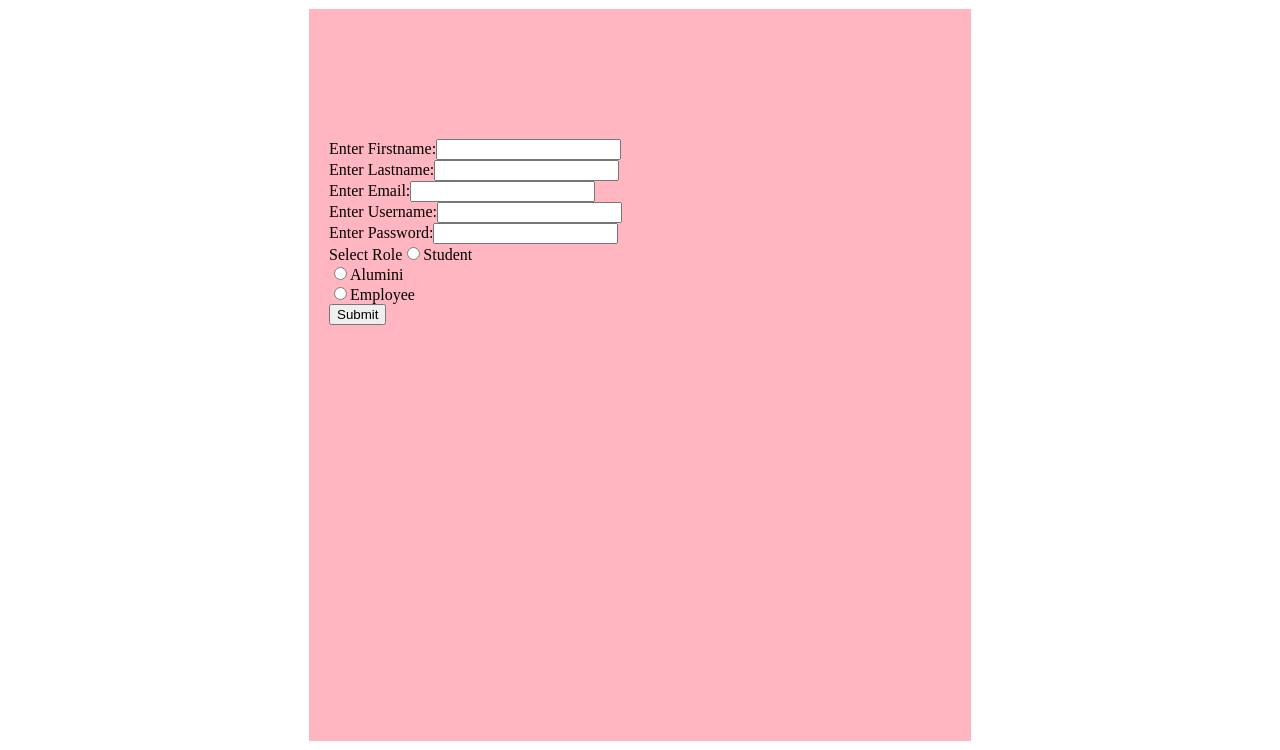
Repository: NeeleshPoojari/Project-2
Page: frontend_project2/WebContent/views/registrationform.html
These files come from the project's save history. The page is drawn as it stood at one moment and after the next save; the edit follows.
The browser window is 1280 px wide. The pictures show the whole page.

Above is the page before, as saved 2017-07-16 16:11:13.

### frontend_project2/WebContent/views/registrationform.html
<style>
.middle {
    border: 1px solid white;
    background-color: lightpink;
    padding-top: 50px;
    padding-right: 50px;
    padding-bottom: 400px;
    padding-left: 20px;
    margin-left:300px;
    margin-right:300px;

}
</style>

<div class="middle">
<form style="margin-top: 80px;">
Enter Firstname:<input type="text" ng-model="user.firstname"><br>
Enter Lastname:<input type="text" ng-model="user.lastname"><br>
Enter Email:<input type="text" ng-model="user.email"><br>
Enter Username:<input type="text" ng-model="user.username"><br>
Enter Password:<input type="password" ng-model="user.password"><br>

Select Role<input type="radio" ng-model="user.role" value="Student">Student<br>
<input type="radio" ng-model="user.role" value="Alumini">Alumini<br>
<input type="radio" ng-model="user.role" value="Employee">Employee<br>

<input type="submit" ng-click="register()"><br>

</form>
</div>

After the next save:
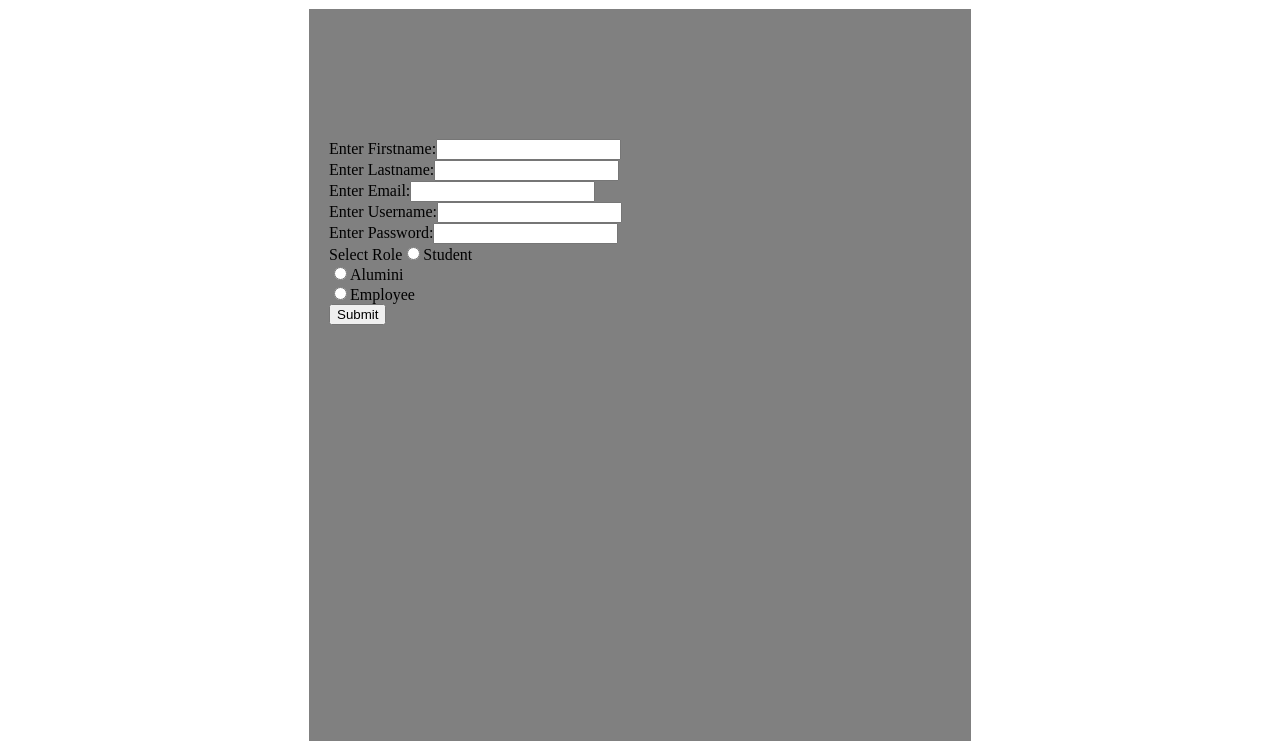
Saved 104 s later.
--- a/frontend_project2/WebContent/views/registrationform.html
+++ b/frontend_project2/WebContent/views/registrationform.html
@@ -1,7 +1,7 @@
 <style>
 .middle {
     border: 1px solid white;
-    background-color: lightpink;
+    background-color: gray;
     padding-top: 50px;
     padding-right: 50px;
     padding-bottom: 400px;
